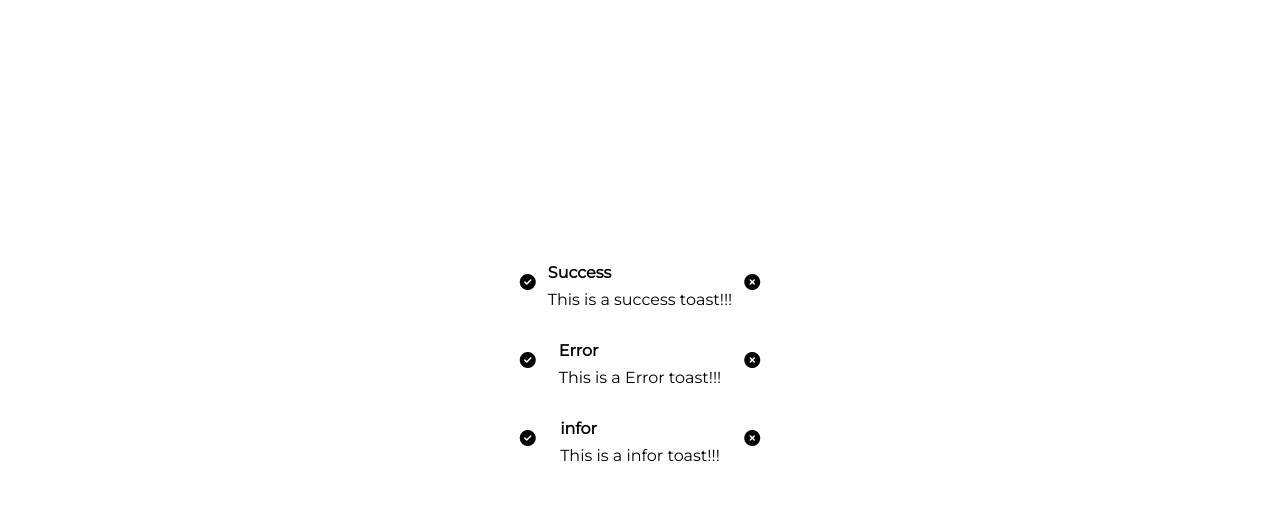
Repository: thuynguyen0964/Toast-Cooler
Page: index.html
These files come from the project's save history. The page is drawn as it stood at one moment and after a run of saves; the edit follows.
The browser window is 1280 px wide. The pictures show the whole page.

Above is the page before, as saved 2023-01-26 20:21:37.

After the next 2 saves:
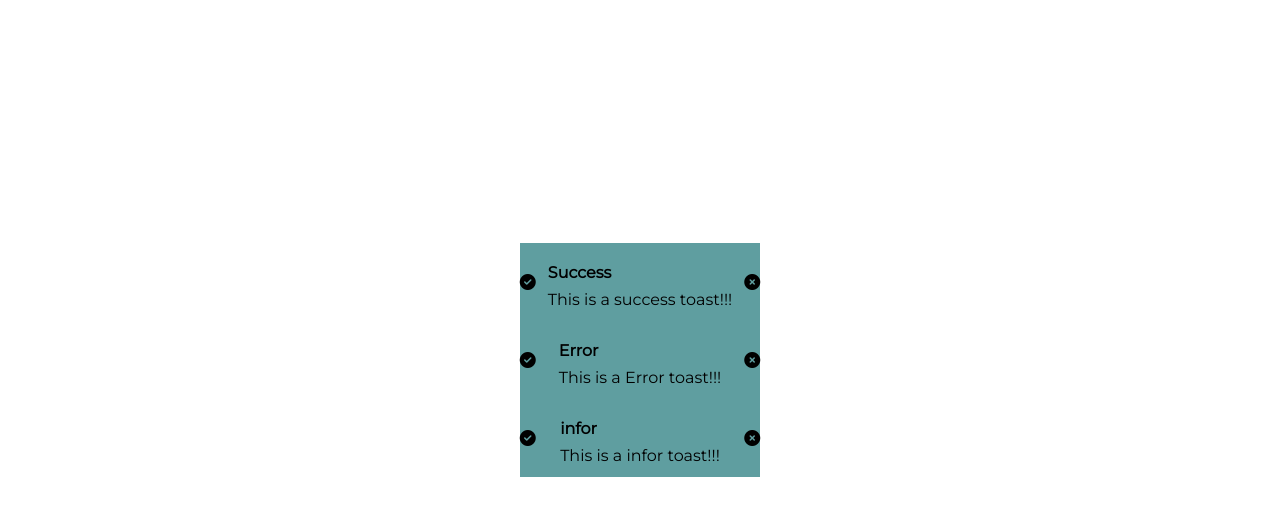
The 2 saves are shown as one change because they came seconds apart.
The last was saved 13 s later.
--- a/app/style.css
+++ b/app/style.css
@@ -16,6 +16,7 @@ body{
     display: flex;
     align-items: center;
     justify-content: space-between;
+    background-color: cadetblue;
 }
 .toast__text{
     padding: 12px ;
